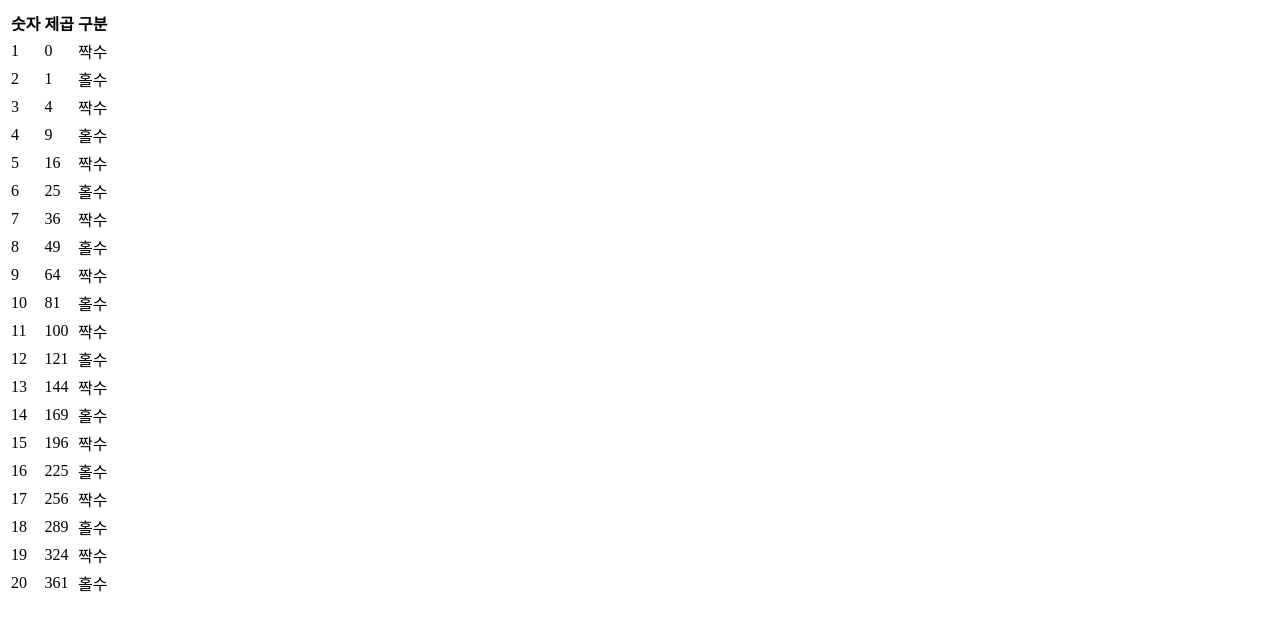
Repository: hyeongu135-ui/Jsp2026
Page: http://localhost/chapter01/example_stripe.jsp
The author's editor kept a copy of each file at every save. The page is drawn from the files as they stood at one save, then again after the next save.
The browser window is 1280 px wide. The pictures show the whole page.
The page is served by Tomcat 9.

Above is the page before, as saved 2026-10-16 06:08:45.

### chapter01/src/main/webapp/example_stripe.jsp
<%@ page language="java" contentType="text/html; charset=UTF-8"
	pageEncoding="UTF-8" import="java.util.*"%>
<!DOCTYPE html>
<html>
<head>
<meta charset="UTF-8">
<title>Insert title here</title>
</head>
<body>
	<table>
		<tr>
			<th>숫자</th>
			<th>제곱</th>
			<th>구분</th>
		</tr>
		<%for(int i = 0; i <=19; i++){%>
		<tr>
			<td><%=i+1%3==0?"<b>"+(i+1)+"</b>":i+1%></td>
			<td><%=i*i%></td>
			<td><%=i*i%2==1?"홀수":"짝수"%></td>
			<%}%>

	</table>
</body>
</html>

After the next save:
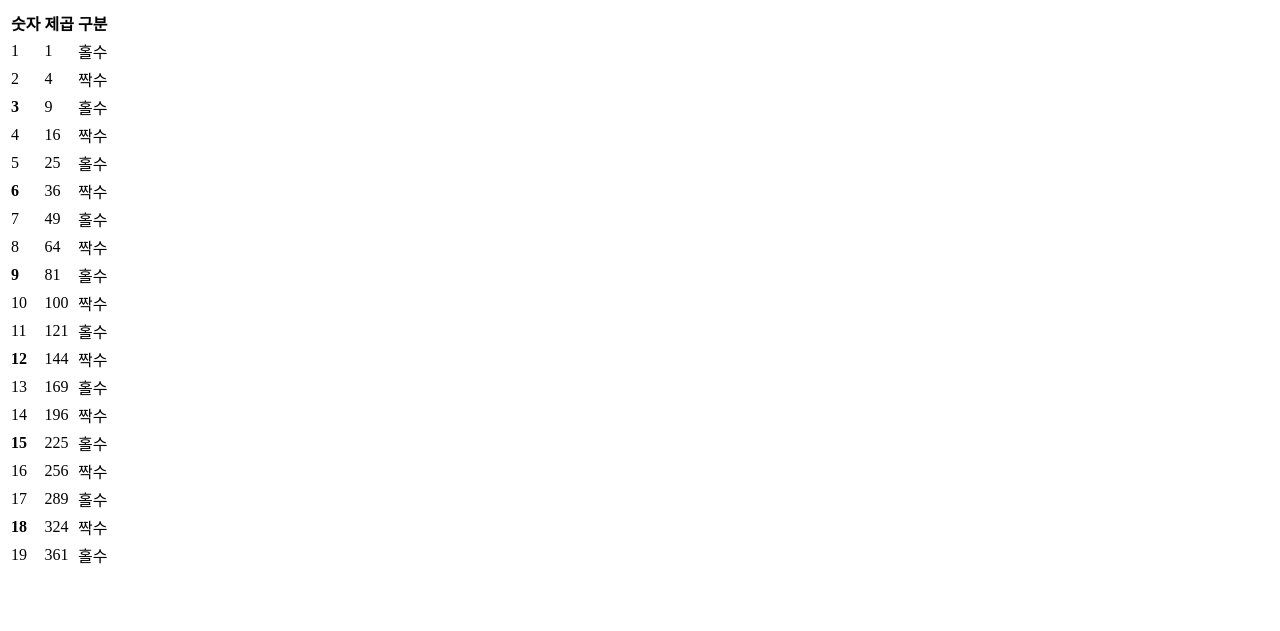
Saved 18 s later.
--- a/chapter01/src/main/webapp/example_stripe.jsp
+++ b/chapter01/src/main/webapp/example_stripe.jsp
@@ -13,9 +13,9 @@
 			<th>제곱</th>
 			<th>구분</th>
 		</tr>
-		<%for(int i = 0; i <=19; i++){%>
+		<%for(int i = 1; i <=19; i++){%>
 		<tr>
-			<td><%=i+1%3==0?"<b>"+(i+1)+"</b>":i+1%></td>
+			<td><%=i%3==0?"<b>"+i+"</b>":i%></td>
 			<td><%=i*i%></td>
 			<td><%=i*i%2==1?"홀수":"짝수"%></td>
 			<%}%>
